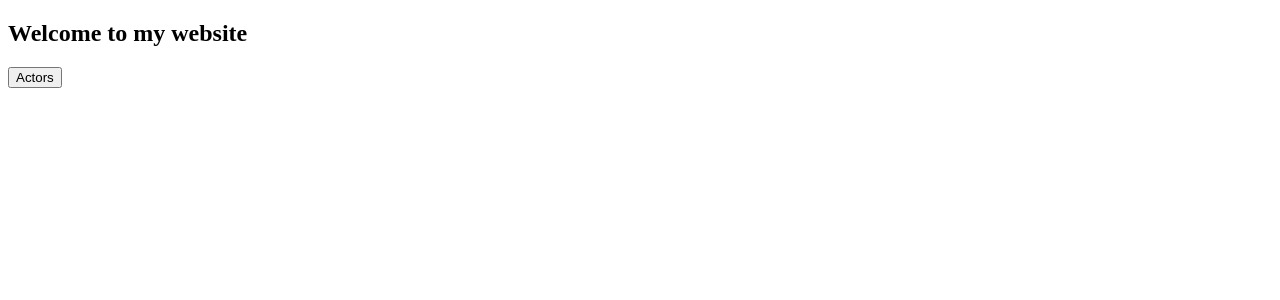
Repository: Rohit-Sarkar55/microservice-Springboot
Page: http://localhost/movie-web/views/index.jsp
These files come from the project's save history. The page is drawn as it stood at one moment and after the next save; the edit follows.
The browser window is 1280 px wide. The pictures show the whole page.
The page is served by Tomcat 9. Other server files are loaded and not shown.

Above is the page before, as saved 2024-01-17 11:47:37.

### movie-web/src/main/webapp/views/index.jsp
<%@ page language="java" contentType="text/html; charset=ISO-8859-1"
    pageEncoding="ISO-8859-1"%>
<!DOCTYPE html>
<html>
<head>
<meta charset="ISO-8859-1">
<title>Insert title here</title>
</head>
<body>
	<h2>Welcome to my website </h2>
	<form action="actors" method="post">
		<input type="submit" value="Actors">
	</form>
</body>
</html>

After the next save:
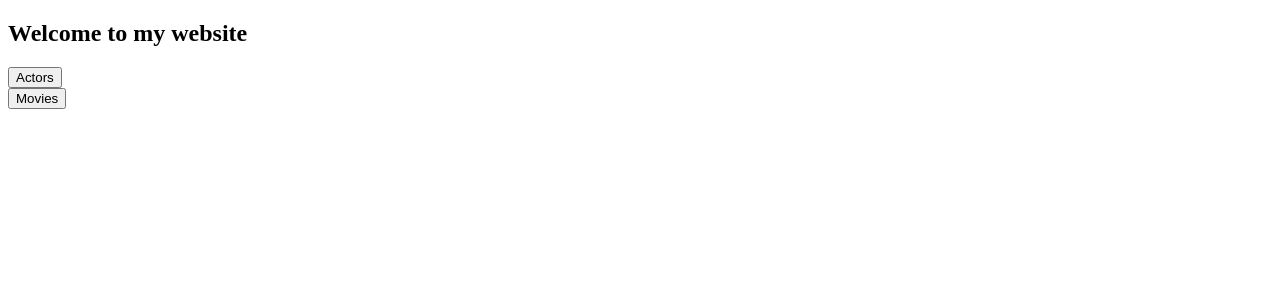
Saved 37 s later.
--- a/movie-web/src/main/webapp/views/index.jsp
+++ b/movie-web/src/main/webapp/views/index.jsp
@@ -11,5 +11,9 @@
 	<form action="actors" method="post">
 		<input type="submit" value="Actors">
 	</form>
+
+	<form action="movies" method="post">
+		<input type="submit" value="Movies">
+	</form>
 </body>
 </html>
